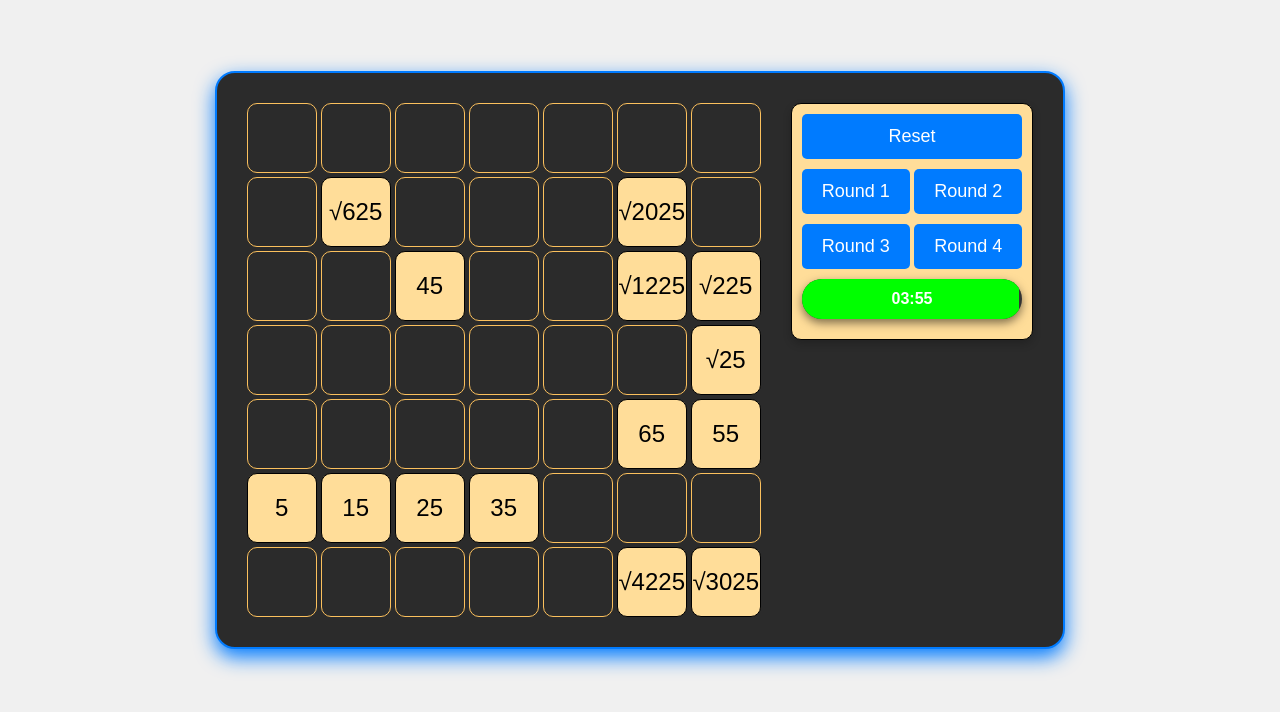
Repository: radisyah/THE_BRAIN_STORM
Page: Broken Link.html
An editor plug-in stored every save of this project. The page is shown before and after the next save, followed by the edit.
The browser window is 1280 px wide. The pictures show the whole page.

Above is the page before, as saved 2024-10-30 23:55:25.

After the next save:
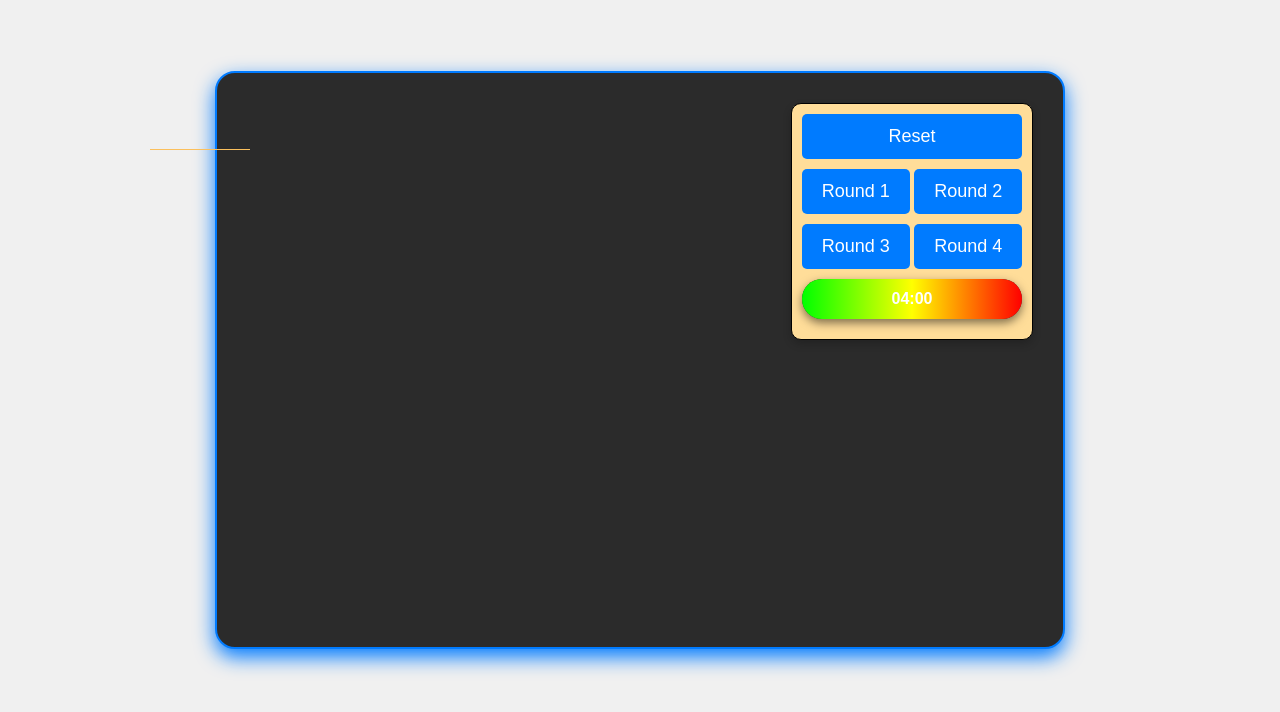
Console error: ReferenceError: questions is not defined
Saved 29 s later.
--- a/Broken Link.html
+++ b/Broken Link.html
@@ -202,45 +202,75 @@
     let activeGrid = null;
     let lines = []; // Store lines to be drawn
 
-    // Data grid untuk soal
-    const questions = {
-        1: [
-            { number: "" }, { number: "" }, { number: "" }, { number: "" }, { number: "" }, { number: "" }, { number: "" },
-            { number: "" }, { number: "√625" }, { number: "" }, { number: "" }, { number: "" }, { number: "√2025" }, { number: "" },
-            { number: "" }, { number: "" }, { number: "45" }, { number: "" }, { number: "" }, { number: "√1225" }, { number: "√225" },
-            { number: "" }, { number: "" }, { number: "" }, { number: "" }, { number: "" }, { number: "" }, { number: "√25" },
-            { number: "" }, { number: "" }, { number: "" }, { number: "" }, { number: "" }, { number: "65" }, { number: "55" },
-            { number: "5" }, { number: "15" }, { number: "25" }, { number: "35" }, { number: "" }, { number: "" }, { number: "" },
-            { number: "" }, { number: "" }, { number: "" }, { number: "" }, { number: "" }, { number: "√4225" }, { number: "√3025" },
-        ],
-        2: [
-            { number: "19" }, { number: "" }, { number: "" }, { number: "" }, { number: "" }, { number: "" }, { number: "" },
-            { number: "" }, { number: "" }, { number: "" }, { number: "" }, { number: "" }, { number: "" }, { number: "29" },
-            { number: "" }, { number: "" }, { number: "" }, { number: "√361" }, { number: "√6241" }, { number: "" }, { number: "" },
-            { number: "" }, { number: "√841" }, { number: "" }, { number: "" }, { number: "" }, { number: "√2401" }, { number: "√3481" },
-            { number: "" }, { number: "59" }, { number: "" }, { number: "" }, { number: "" }, { number: "" }, { number: "" },
-            { number: "" }, { number: "" }, { number: "" }, { number: "" }, { number: "79" }, { number: "39" }, { number: "" },
-            { number: "√1521" }, { number: "" }, { number: "" }, { number: "" }, { number: "" }, { number: "" }, { number: "49" },
-        ],
-        3: [
-            { number: "" }, { number: "" }, { number: "" }, { number: "" }, { number: "√961" }, { number: "√121" }, { number: "41" },
-            { number: "" }, { number: "11" }, { number: "" }, { number: "" }, { number: "" }, { number: "" }, { number: "" },
-            { number: "" }, { number: "" }, { number: "" }, { number: "" }, { number: "" }, { number: "21" }, { number: "" },
-            { number: "√441" }, { number: "" }, { number: "" }, { number: "31" }, { number: "" }, { number: "" }, { number: "" },
-            { number: "" }, { number: "√2601" }, { number: "" }, { number: "" }, { number: "" }, { number: "√1681" }, { number: "61" },
-            { number: "" }, { number: "71" }, { number: "√3721" }, { number: "" }, { number: "" }, { number: "" }, { number: "" },
-            { number: "51" }, { number: "" }, { number: "" }, { number: "" }, { number: "" }, { number: "" }, { number: "√5041" },
-        ],
-        4: [
-        { number: "√121" }, { number: "" }, { number: "" }, { number: "22" }, { number: "" }, { number: "77" }, { number: "44" },
-            { number: "" }, { number: "" }, { number: "" }, { number: "" }, { number: "" }, { number: "√1936" }, { number: "" },
-            { number: "" }, { number: "" }, { number: "" }, { number: "√1089" }, { number: "" }, { number: "" }, { number: "" },
-            { number: "" }, { number: "" }, { number: "" }, { number: "" }, { number: "" }, { number: "√5929" }, { number: "33" },
-            { number: "" }, { number: "" }, { number: "" }, { number: "" }, { number: "" }, { number: "" }, { number: "" },
-            { number: "" }, { number: "" }, { number: "√3025" }, { number: "" }, { number: "√484" }, { number: "66" }, { number: "" },
-            { number: "11" }, { number: "" }, { number: "" }, { number: "" }, { number: "√4356" }, { number: "" }, { number: "55" },
-        ],
-    };
+   // Fungsi untuk menentukan apakah sel memiliki nilai
+function isCellEmpty(grid, row, col) {
+    return grid[row][col].number === "";
+}
+
+// Fungsi move yang diperbarui
+function move(grid, currentRow, currentCol, direction) {
+    let nextRow = currentRow;
+    let nextCol = currentCol;
+
+    // Tentukan arah pergerakan
+    switch (direction) {
+        case "atas":
+            nextRow--;
+            break;
+        case "bawah":
+            nextRow++;
+            break;
+        case "kiri":
+            nextCol--;
+            break;
+        case "kanan":
+            nextCol++;
+            break;
+    }
+
+    // Pastikan koordinat berikutnya berada dalam batas grid
+    if (nextRow >= 0 && nextRow < grid.length && nextCol >= 0 && nextCol < grid[0].length) {
+        // Hanya menggambar garis jika sel berikutnya kosong
+        if (isCellEmpty(grid, nextRow, nextCol)) {
+            // Tentukan posisi awal dan akhir untuk fungsi drawLine
+            const start = { x: currentCol * cellWidth, y: currentRow * cellHeight };
+            const end = { x: nextCol * cellWidth, y: nextRow * cellHeight };
+
+            // Panggil fungsi drawLine sesuai referensi Anda
+            drawLine(start, end);
+
+            // Panggil move lagi untuk melanjutkan garis
+            move(grid, nextRow, nextCol, direction);
+        }
+    }
+}
+
+// Fungsi drawLine seperti referensi Anda
+function drawLine(start, end) {
+    ctx.beginPath();
+    ctx.moveTo(start.x, start.y);
+    ctx.lineTo(end.x, end.y);
+    ctx.strokeStyle = '#fbc05d';
+    ctx.lineWidth = 2;
+    ctx.stroke();
+}
+
+// Contoh grid dan cellWidth/cellHeight
+const cellWidth = 50; // Sesuaikan dengan lebar sel yang Anda gunakan
+const cellHeight = 50; // Sesuaikan dengan tinggi sel yang Anda gunakan
+const grid = [
+    [{ number: "" }, { number: "" }, { number: "" }, { number: "" }, { number: "" }, { number: "" }, { number: "" }],
+    [{ number: "" }, { number: "√625" }, { number: "" }, { number: "" }, { number: "" }, { number: "√2025" }, { number: "" }],
+    [{ number: "" }, { number: "" }, { number: "45" }, { number: "" }, { number: "" }, { number: "√1225" }, { number: "√225" }],
+    [{ number: "" }, { number: "" }, { number: "" }, { number: "" }, { number: "" }, { number: "" }, { number: "√25" }],
+    [{ number: "" }, { number: "" }, { number: "" }, { number: "" }, { number: "" }, { number: "65" }, { number: "55" }],
+    [{ number: "5" }, { number: "15" }, { number: "25" }, { number: "35" }, { number: "" }, { number: "" }, { number: "" }],
+    [{ number: "" }, { number: "" }, { number: "" }, { number: "" }, { number: "" }, { number: "√4225" }, { number: "√3025" }]
+];
+
+// Memulai dari posisi tertentu
+move(grid, 3, 3, "kanan"); // Contoh pergerakan arah "kanan"
+
 
     let timeLimit = 240; // Limit waktu dalam detik
     let timeRemaining = timeLimit;
